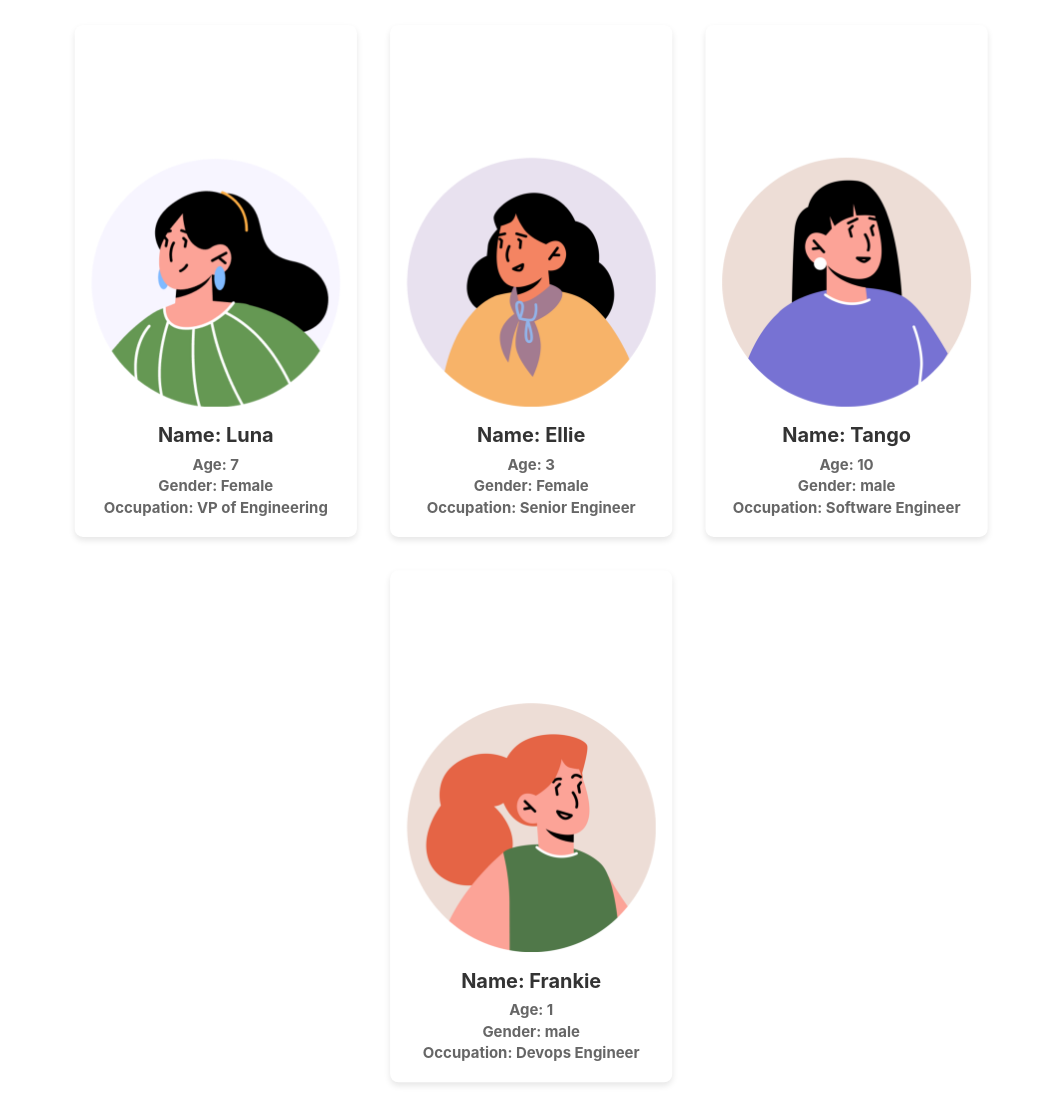
Repository: mahsa199170/React-Props-projects
Page: / (app in profile-app/)
These files come from the project's save history. The page is drawn as it stood at one moment and after the next save; the edit follows.
The browser window is 1280 px wide. The pictures show the whole page, at 83% of full size.
The project was rebuilt for these pictures with package versions that can differ from the ones it lists, and the page was loaded fresh each time.

Above is the page before, as saved 2024-11-18 16:06:36.

### profile-app/src/App.js
import './App.scss';
import Profile from './components/profile/Profile';
import { people } from './personalInfo';

function App() {
  const personInfo = people.map((p) => {
    return <h1>{p.name}</h1>;
  });

  return (
    <div className="profile-container">
      {people.map((person) => {
        const { id, name, age, gender, occupation, image } = person;
        return (
          <div key={id}>
            <Profile
              name={name}
              age={age}
              occupation={occupation}
              gender={gender}
              image={image}
            />
          </div>
        );
      })}
    </div>
  );
}

export default App;

### profile-app/src/App.scss
/* .App {
  text-align: center;
}

.App-logo {
  height: 40vmin;
  pointer-events: none;
}

@media (prefers-reduced-motion: no-preference) {
  .App-logo {
    animation: App-logo-spin infinite 20s linear;
  }
}

.App-header {
  background-color: #282c34;
  min-height: 100vh;
  display: flex;
  flex-direction: column;
  align-items: center;
  justify-content: center;
  font-size: calc(10px + 2vmin);
  color: white;
}

.App-link {
  color: #61dafb;
}

@keyframes App-logo-spin {
  from {
    transform: rotate(0deg);
  }
  to {
    transform: rotate(360deg);
  }
} */

.profile-container {
  display: flex;
  flex-wrap: wrap; // Allows wrapping for multiple rows
  justify-content: center; // Centers the cards horizontally
  gap: 20px; // Adds space between cards
  padding: 20px;
}

### profile-app/src/components/profile/Profile.js
import React from 'react';
import Card from '../card/Card';
import './Profile.scss';

const Profile = ({ id, name, age, gender, occupation, image }) => {
  return (
    <Card>
      <div className="profil-card">
        <div className="profile-image"></div>
        <img src={image} alt="profile" />
        <div>
          <h2>Name: {name}</h2>
          <h3>Age: {age}</h3>
          <h3>Gender: {gender}</h3>
          <h3>Occupation: {occupation}</h3>
        </div>
      </div>
    </Card>
  );
};

export default Profile;

### profile-app/src/personalInfo.js
import image1 from './components/images/100.png';
import image2 from './components/images/54.png';
import image3 from './components/images/73.png';
import image4 from './components/images/94.png';
export const people = [
  {
    id: 1,
    name: 'Luna',
    age: 7,
    gender: 'Female',
    occupation: 'VP of Engineering',
    image: image1,
  },
  {
    id: 2,
    name: 'Ellie',
    age: 3,
    gender: 'Female',
    occupation: 'Senior Engineer',
    image: image2,
  },
  {
    id: 3,
    name: 'Tango',
    age: 10,
    gender: 'male',
    occupation: 'Software Engineer',
    image: image3,
  },
  {
    id: 4,
    name: 'Frankie',
    age: 1,
    gender: 'male',
    occupation: 'Devops Engineer',
    image: image4,
  },
];

### profile-app/src/components/card/Card.js
import React from 'react';
import './Card.scss';

const Card = ({ children }) => {
  return <div className="card">{children}</div>;
};

export default Card;

### profile-app/src/components/profile/Profile.scss
// .profil-card {
//   display: flex;
//   flex-direction: column;
//   align-items: center;
//   text-align: center; // Center-align text

//   .profile-image {
//     width: 120px; // Image width
//     height: 120px; // Image height
//     border-radius: 50%; // Make the image circular
//     overflow: hidden; // Ensure the image stays within the circle
//     margin-bottom: 20px; // Space between image and text

//     img {
//       width: 100%; // Ensure the image takes the full width
//       height: 100%; // Ensure the image takes the full height
//       object-fit: cover; // Make the image cover the entire circle while maintaining its aspect ratio
//     }
//   }

//   h2 {
//     font-size: 24px; // Bigger font size for the name
//     font-weight: bold;
//     color: #333; // Dark color for the name
//     margin-bottom: 10px;
//   }

//   h3 {
//     font-size: 18px; // Set font size for other info
//     color: #666; // Lighter color for the details
//     margin: 5px 0; // Add space between each piece of info
//   }
// }

.profil-card {
  display: flex;
  flex-direction: column;
  // align-items: center;
  text-align: center; // Center-align text

  // Profile Image Container
  .profile-image {
    width: 120px; // Adjust the width of the circle
    height: 120px; // Adjust the height of the circle
    border-radius: 50%; // Make the image circular
    overflow: hidden; // Ensure the image doesn't overflow outside the circle
    margin-bottom: 20px; // Space between image and text

    img {
      width: 100%; // Ensure the image takes up the full width of the container
      height: 100%; // Ensure the image takes up the full height of the container
      object-fit: cover; // Cover the area of the circle, maintaining the aspect ratio without distorting the image
    }
  }

  h2 {
    font-size: 24px; // Larger font size for the name
    font-weight: bold;
    color: #333; // Dark text color
    margin-bottom: 10px;
  }

  h3 {
    font-size: 18px; // Set font size for other profile information
    color: #666; // Lighter color for the details
    margin: 5px 0; // Add space between each profile field
  }
}

### profile-app/src/components/card/Card.scss
.card {
  width: 300px; // Set the width of the card
  background-color: #fff; // White background
  border-radius: 10px; // Rounded corners
  box-shadow: 0 4px 8px rgba(0, 0, 0, 0.1); // Subtle shadow for 3D effect
  padding: 20px; // Padding inside the card
  margin: 10px; // Space between cards
  transition: all 0.3s ease; // Smooth transition for hover effect

  &:hover {
    box-shadow: 0 6px 12px rgba(0, 0, 0, 0.2); // Slightly bigger shadow on hover
    transform: translateY(-5px); // Lift the card a little on hover
  }
}

Loaded but not shown: profile-app/public/index.html (common file); profile-app/src/index.js (common file); profile-app/src/index.css (common file)

After the next save:
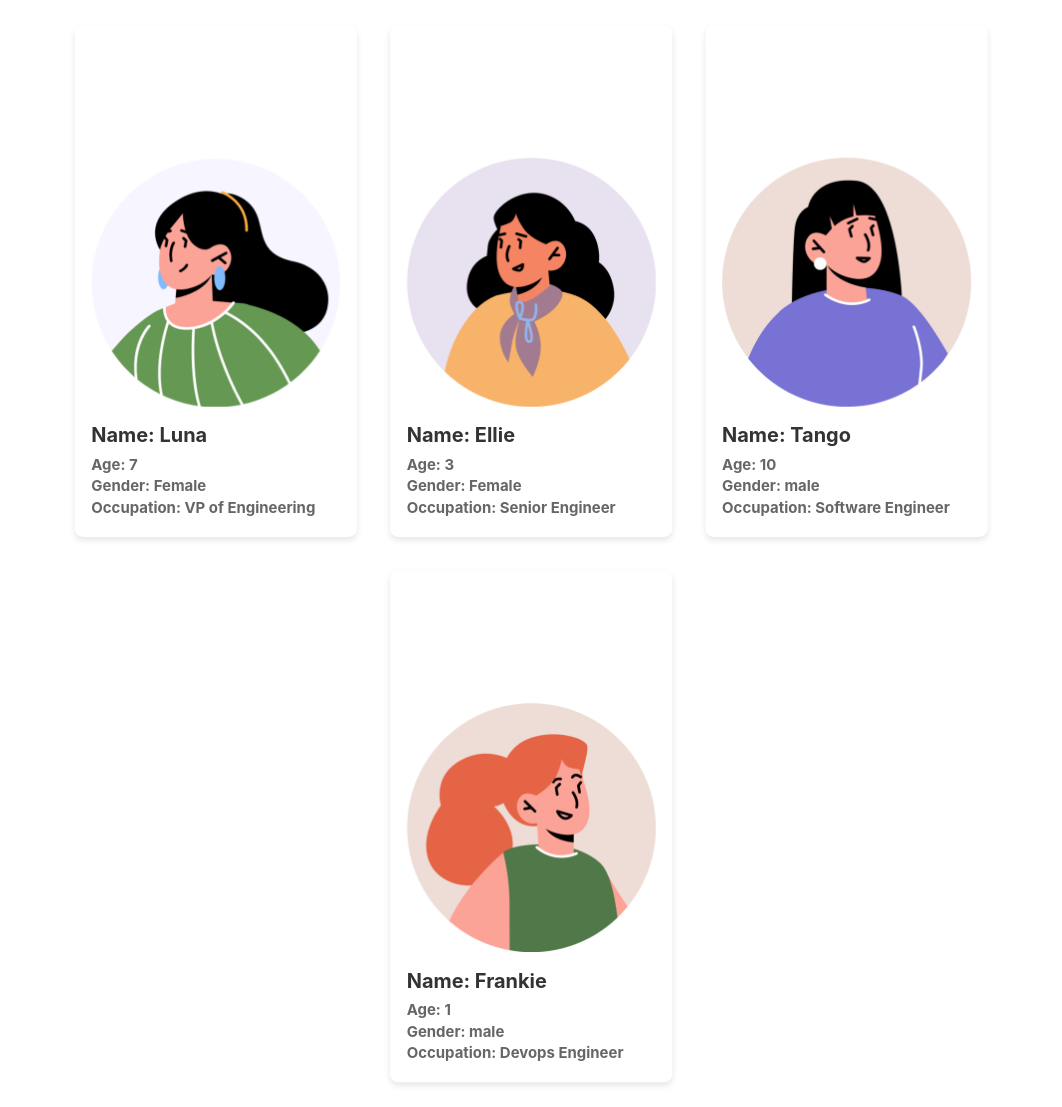
Saved 41 s later.
--- a/profile-app/src/components/profile/Profile.scss
+++ b/profile-app/src/components/profile/Profile.scss
@@ -36,7 +36,7 @@
   display: flex;
   flex-direction: column;
   // align-items: center;
-  text-align: center; // Center-align text
+  text-align: left; // Center-align text
 
   // Profile Image Container
   .profile-image {
